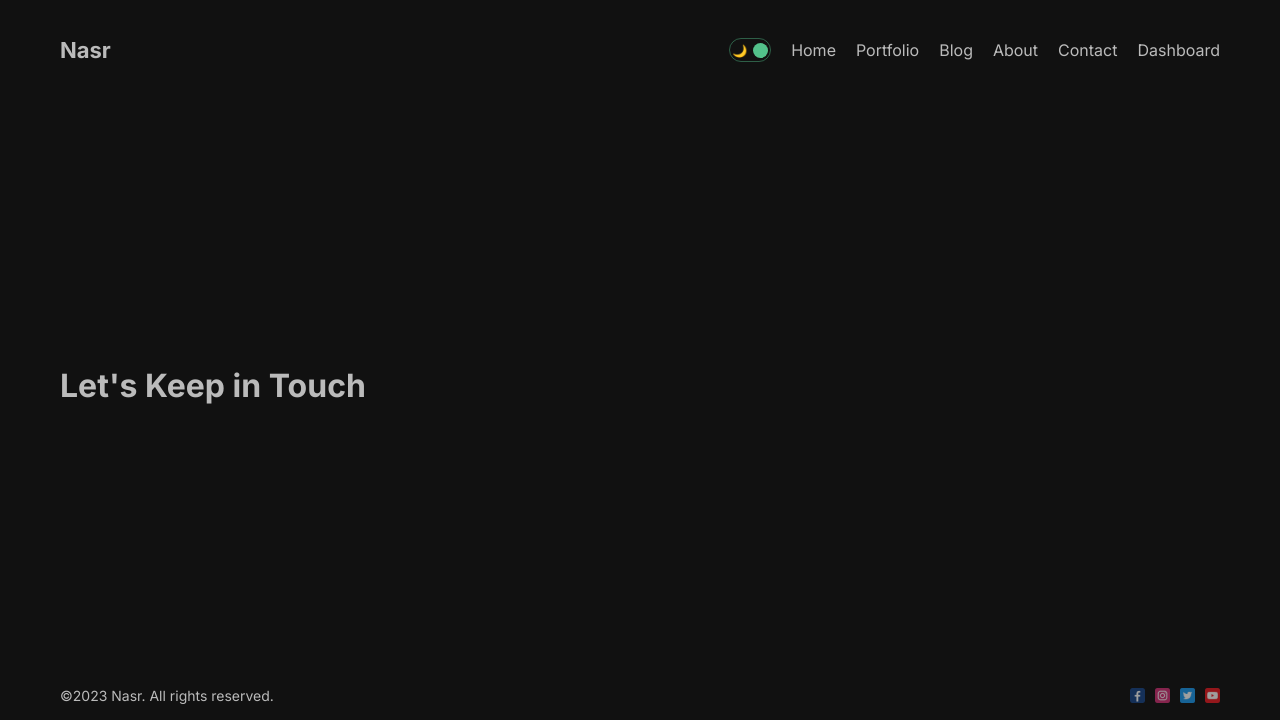
Repository: MoNasr2022/Nast-Blog
Page: /contact
The author's editor kept a copy of each file at every save. The page is drawn from the files as they stood at one save, then again after a run of saves.
The browser window is 1280 px wide. The pictures show the whole page.
The page's requests for data from a server got no answer. The project was rebuilt for these pictures with package versions that can differ from the ones it lists, and the page was loaded fresh each time. The framework's server and built-in components were replaced by stand-ins that run in the browser. No one was signed in, and anything a server would have sent is missing. Also part of the build but not shown: next.config.js, src/app/contact/page.module.css, src/components/Button/button.module.css, src/components/Button/Button.jsx.

Above is the page before, as saved 2023-06-15 13:50:54.

After the next 3 saves:
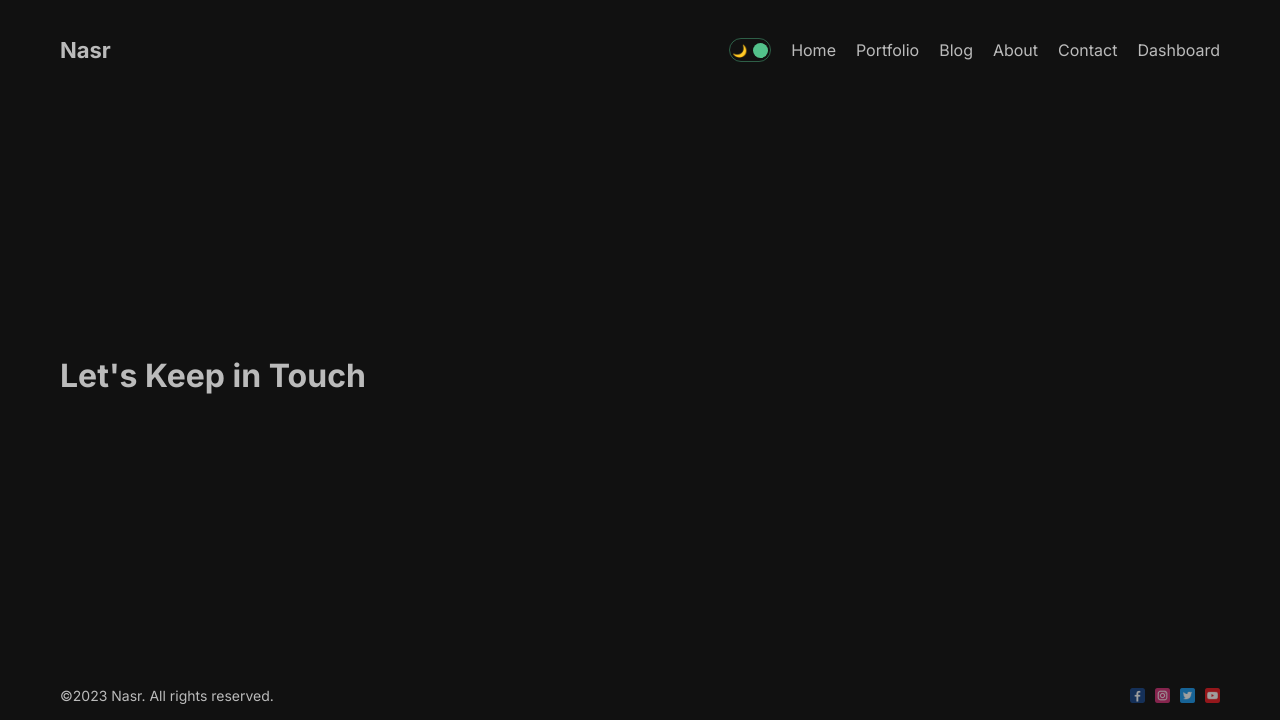
The 3 saves are shown as one change because 1 did not build or start and some came seconds apart.
The last was saved 12 s later.
--- a/src/app/contact/page.jsx
+++ b/src/app/contact/page.jsx
@@ -37,7 +37,9 @@ const Contact = () => {
     <div className={styles.container}>
       <h1 className={styles.title}>Let's Keep in Touch</h1>
       <div className={styles.content}>
-        <div className={styles.imgContainer}></div>
+        <div className={styles.imgContainer}>
+          <Image/>
+        </div>
         <div className={styles.textContainer}></div>
       </div>
     </div>
